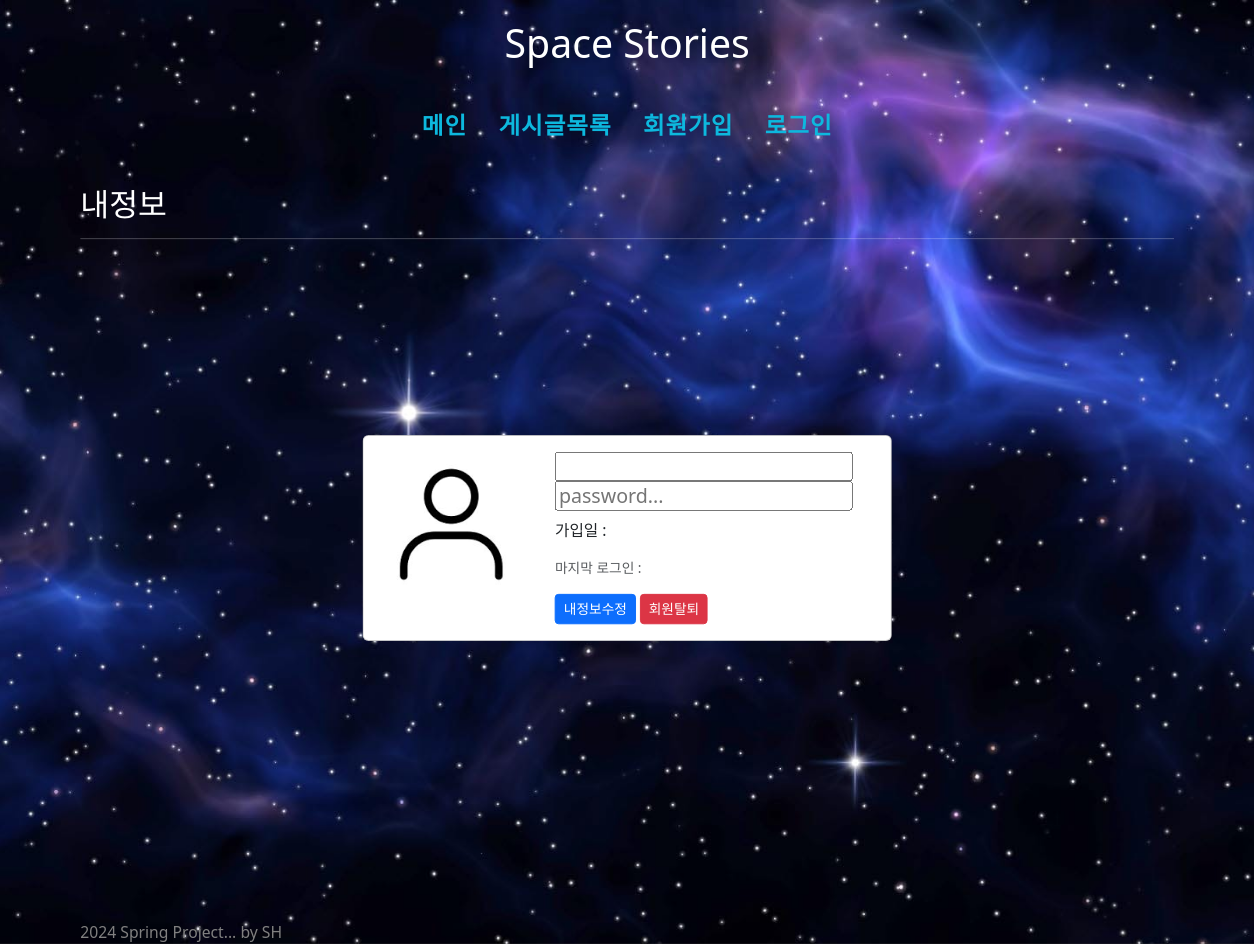
Repository: dtkd19/spring_personal_project
Page: http://localhost/myproject/WEB-INF/views/user/mypage.jsp
These files come from the project's save history. The page is drawn as it stood at one moment and after the next save; the edit follows.
The browser window is 1280 px wide. The pictures show the whole page, at 98% of full size.
The page is served by Tomcat 9. Nobody is signed in. The template is opened directly, without the code that normally fills it, so the values that code supplies are empty.

Above is the page before, as saved 2024-11-11 00:48:17.

After the next save:
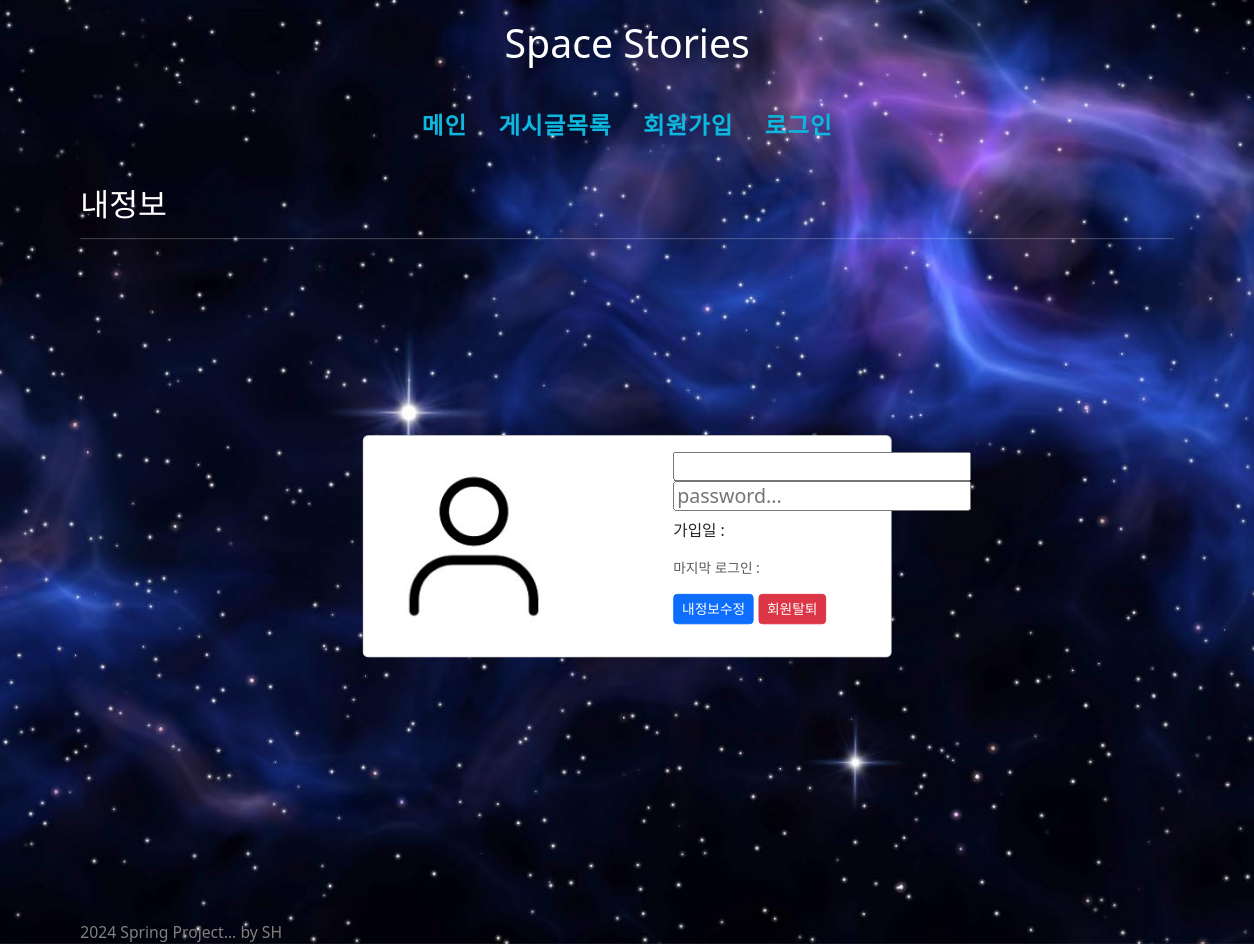
Saved 17 s later.
--- a/myproject/src/main/webapp/resources/css/mypage.css
+++ b/myproject/src/main/webapp/resources/css/mypage.css
@@ -11,5 +11,5 @@
 }
 
 .row{
-	widows: 900px;
+	width: 900px;
 }

After the 3 saves that followed:
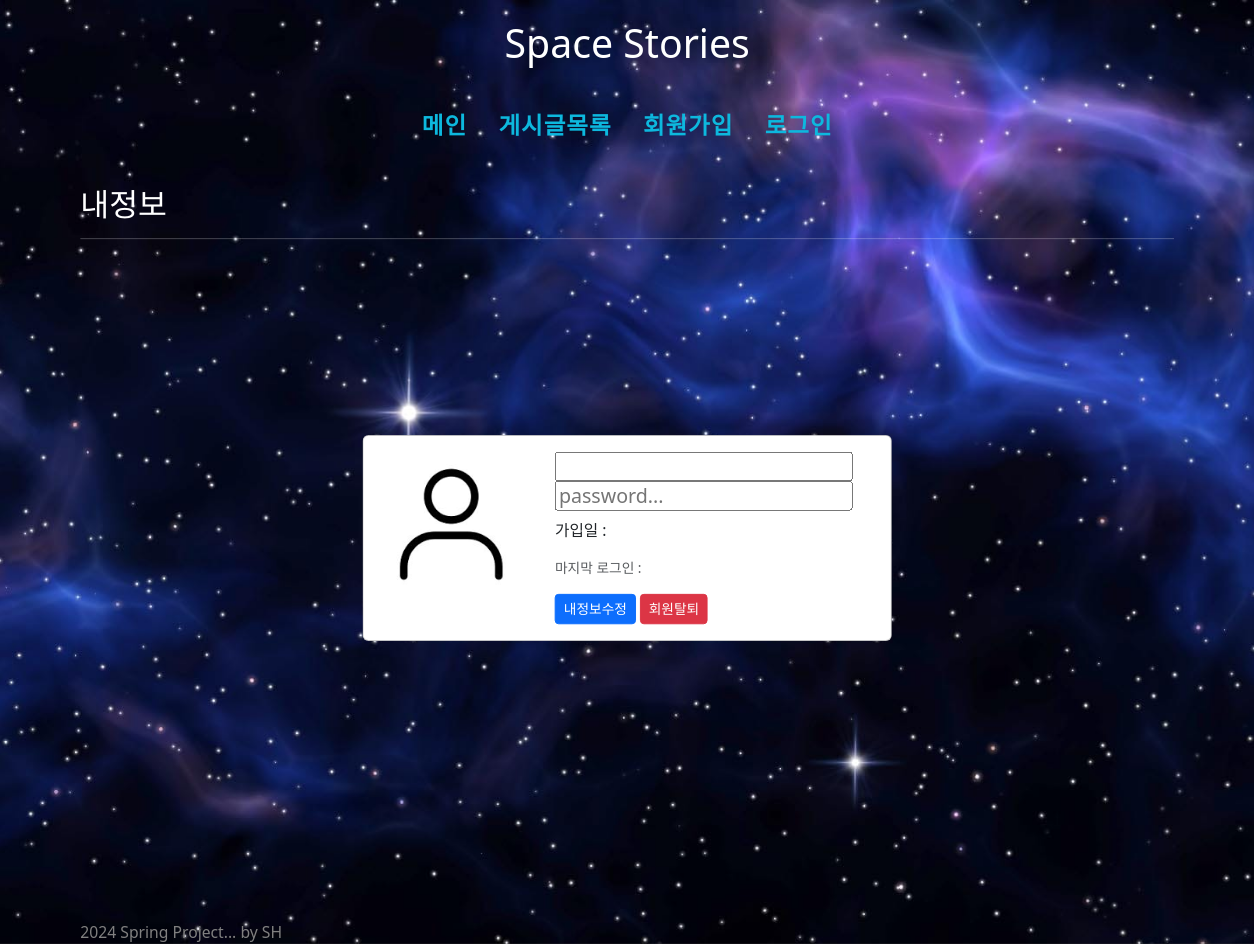
The 3 saves are shown as one change because 2 left the picture as it was.
The last was saved 59 s later.
--- a/myproject/src/main/webapp/resources/css/mypage.css
+++ b/myproject/src/main/webapp/resources/css/mypage.css
@@ -9,7 +9,3 @@
 	margin: 0 auto;
 	margin-top: 200px;
 }
-
-.row{
-	width: 900px;
-}
